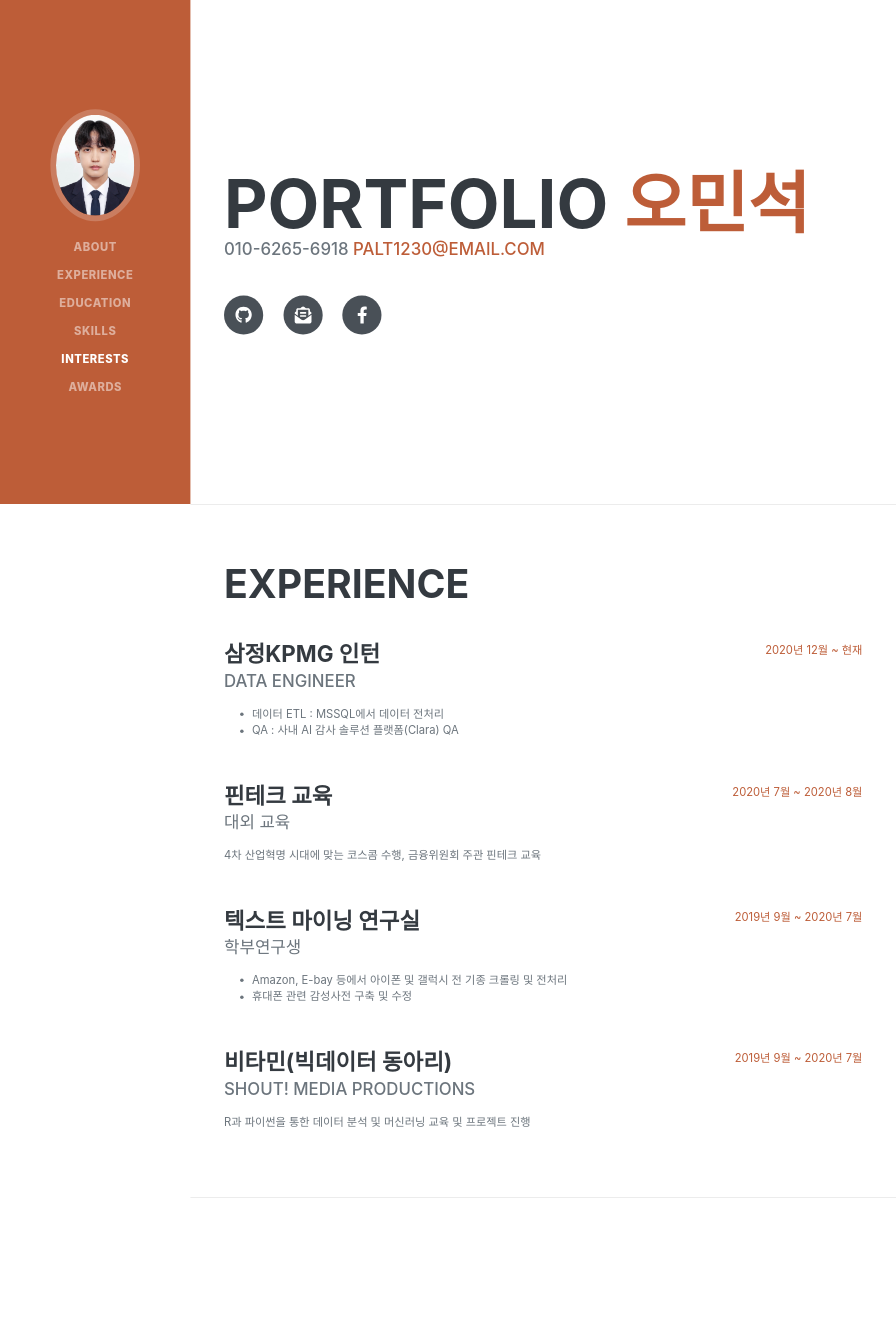
Repository: minsuk1/portfolio
Page: index.html
An editor plug-in stored every save of this project. The page is shown before and after the next save, followed by the edit.
The browser window is 1280 px wide. The pictures show the part of the page from y = 0 to 1920 px (the page is 3874 px tall), at 70% of full size.
Some web fonts or font styles are not loaded; a fallback is used.

Above is the page before, as saved 2021-01-01 10:59:51.

After the next save:
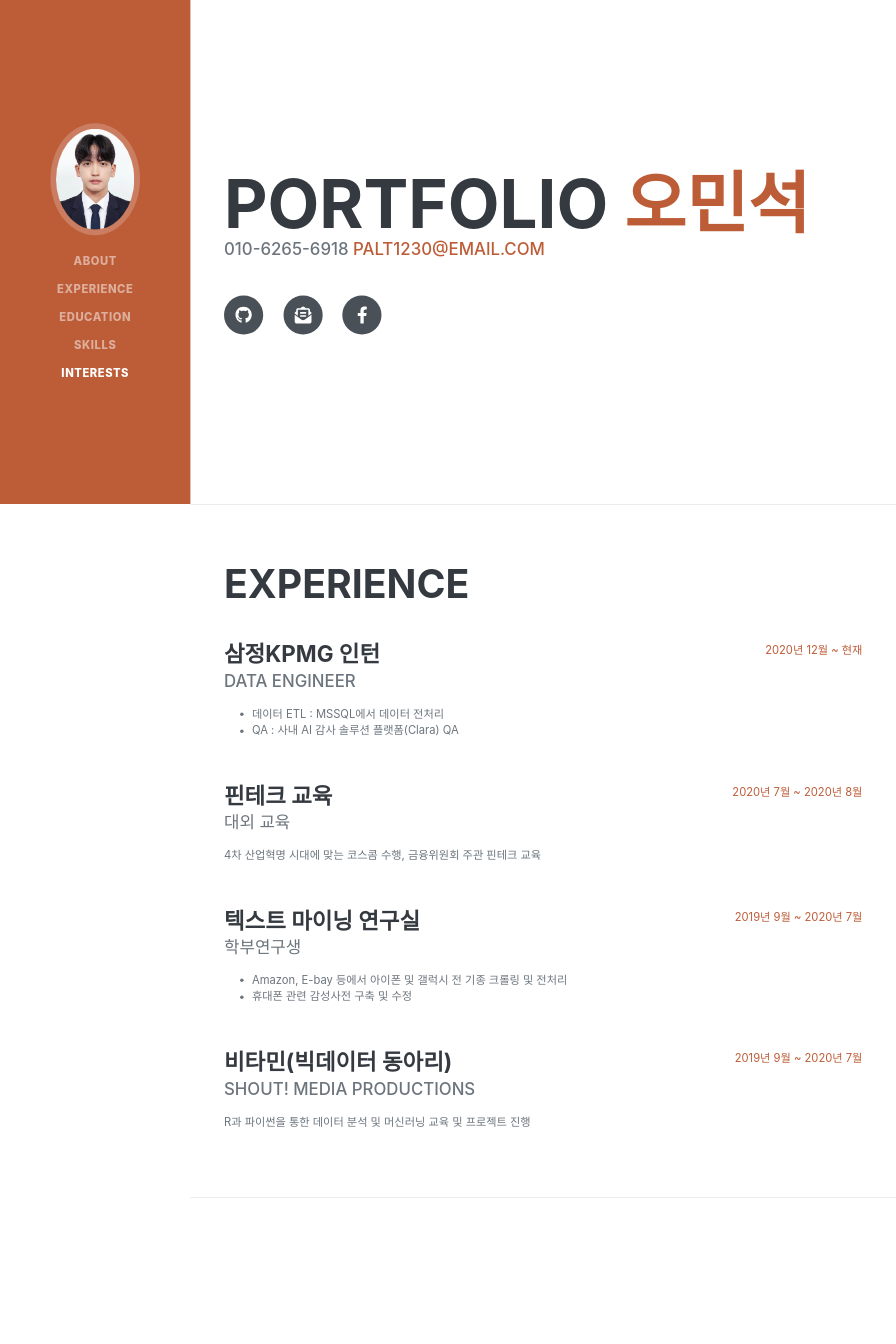
Saved 14 s later.
--- a/index.html
+++ b/index.html
@@ -30,7 +30,6 @@
                     <li class="nav-item"><a class="nav-link js-scroll-trigger" href="#education">Education</a></li>
                     <li class="nav-item"><a class="nav-link js-scroll-trigger" href="#skills">Skills</a></li>
                     <li class="nav-item"><a class="nav-link js-scroll-trigger" href="#interests">Interests</a></li>
-                    <li class="nav-item"><a class="nav-link js-scroll-trigger" href="#awards">Awards</a></li>
                 </ul>
             </div>
         </nav>
